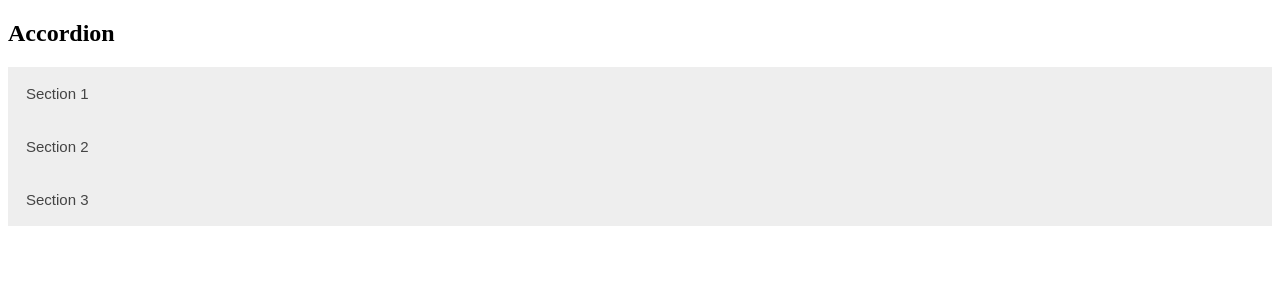
Repository: RPSKumara/DPEdudationPyhton
Page: ResponsiveWebAssigment/newArival.html
The author's editor kept a copy of each file at every save. The page is drawn from the files as they stood at one save, then again after the next save.
The browser window is 1280 px wide. The pictures show the whole page.

Above is the page before, as saved 2022-04-22 20:15:24.

### ResponsiveWebAssigment/newArival.html
<!DOCTYPE html>
<html>
	<head>
		<meta name="viewport" content="width=device-width, initial-scale=1" />
		<style>
			.accordion {
				background-color: #eee;
				color: #444;
				cursor: pointer;
				padding: 18px;
				width: 100%;
				border: none;
				text-align: left;
				outline: none;
				font-size: 15px;
				transition: 0.4s;
			}

			.active,
			.accordion:hover {
				background-color: #ccc;
			}

			.panel {
				padding: 0 18px;
				display: none;
				background-color: white;
				overflow: hidden;
			}
		</style>
	</head>
	<body>
		<h2>Accordion</h2>

		<button class="accordion">Section 1</button>
		<div class="panel">
			<p>
				Lorem ipsum dolor sit amet, consectetur adipisicing elit, sed do eiusmod
				tempor incididunt ut labore et dolore magna aliqua. Ut enim ad minim
				veniam, quis nostrud exercitation ullamco laboris nisi ut aliquip ex ea
				commodo consequat.
			</p>
		</div>

		<button class="accordion">Section 2</button>
		<div class="panel">
			<p>
				Lorem ipsum dolor sit amet, consectetur adipisicing elit, sed do eiusmod
				tempor incididunt ut labore et dolore magna aliqua. Ut enim ad minim
				veniam, quis nostrud exercitation ullamco laboris nisi ut aliquip ex ea
				commodo consequat.
			</p>
		</div>

		<button class="accordion">Section 3</button>
		<div class="panel">
			<p>
				Lorem ipsum dolor sit amet, consectetur adipisicing elit, sed do eiusmod
				tempor incididunt ut labore et dolore magna aliqua. Ut enim ad minim
				veniam, quis nostrud exercitation ullamco laboris nisi ut aliquip ex ea
				commodo consequat.
			</p>
		</div>

		<script>
			var acc = document.getElementsByClassName('accordion');
			var i;

			for (i = 0; i < acc.length; i++) {
				acc[i].addEventListener('click', function () {
					this.classList.toggle('active');
					var panel = this.nextElementSibling;
					if (panel.style.display === 'block') {
						panel.style.display = 'none';
					} else {
						panel.style.display = 'block';
					}
				});
			}
		</script>
	</body>
</html>

After the next save:
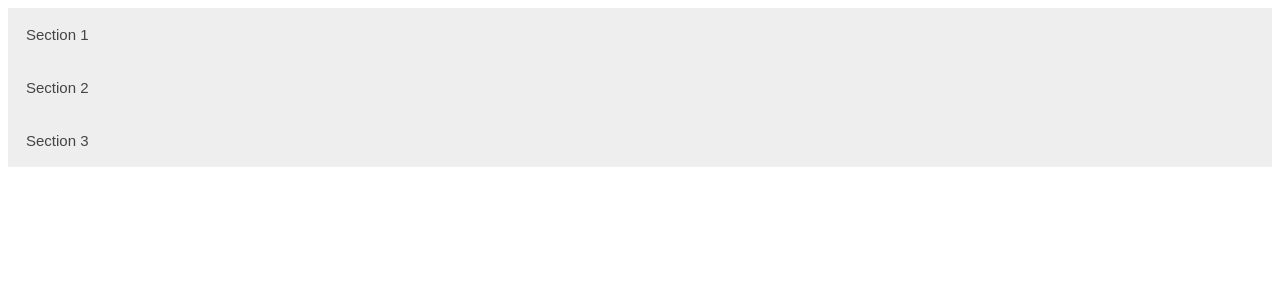
Saved 64 s later.
--- a/ResponsiveWebAssigment/newArival.html
+++ b/ResponsiveWebAssigment/newArival.html
@@ -30,7 +30,6 @@
 		</style>
 	</head>
 	<body>
-		<h2>Accordion</h2>
 
 		<button class="accordion">Section 1</button>
 		<div class="panel">
